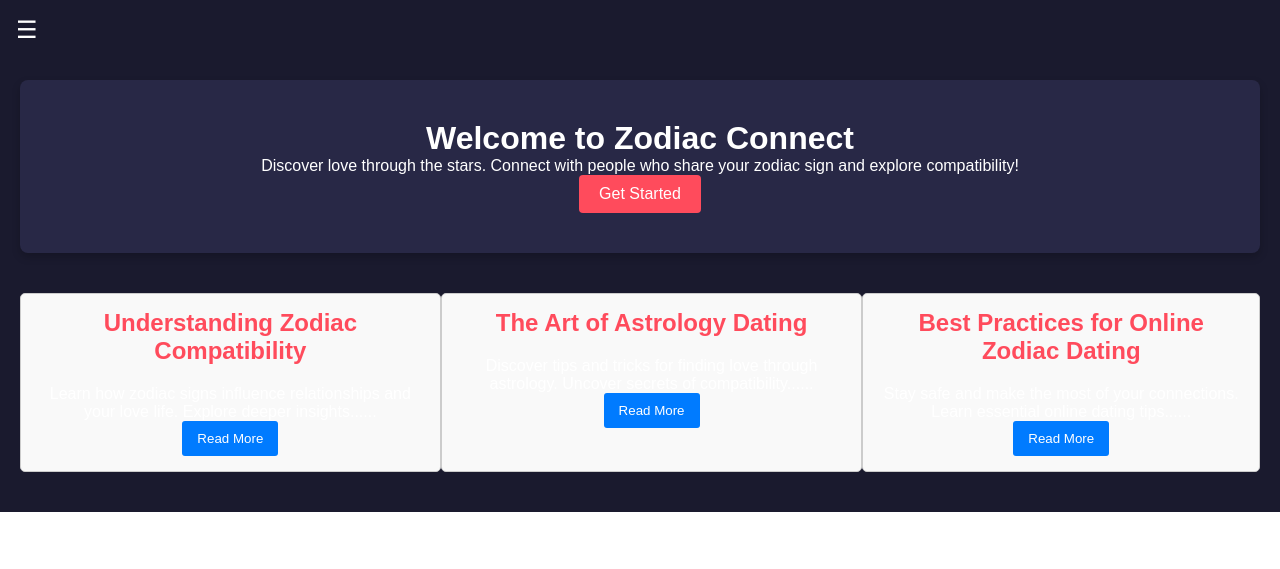
Repository: prachi-d-2/zodiac
Page: / (app in client/)
The author's editor kept a copy of each file at every save. The page is drawn from the files as they stood at one save, then again after the next save.
The browser window is 1280 px wide. The pictures show the whole page.
The project was rebuilt for these pictures with package versions that can differ from the ones it lists, and the page was loaded fresh each time. Also part of the build but not shown: client/src/services/authService.js, client/src/components/LoginRegister.css, client/src/components/LoginRegister.js, client/src/components/Forum.js, client/src/components/Profile.css, client/src/components/Profile.js, client/src/components/Horoscope.js, client/src/components/Connect.css and 2 more.

Above is the page before, as saved 2024-11-28 04:12:57.

After the next save:
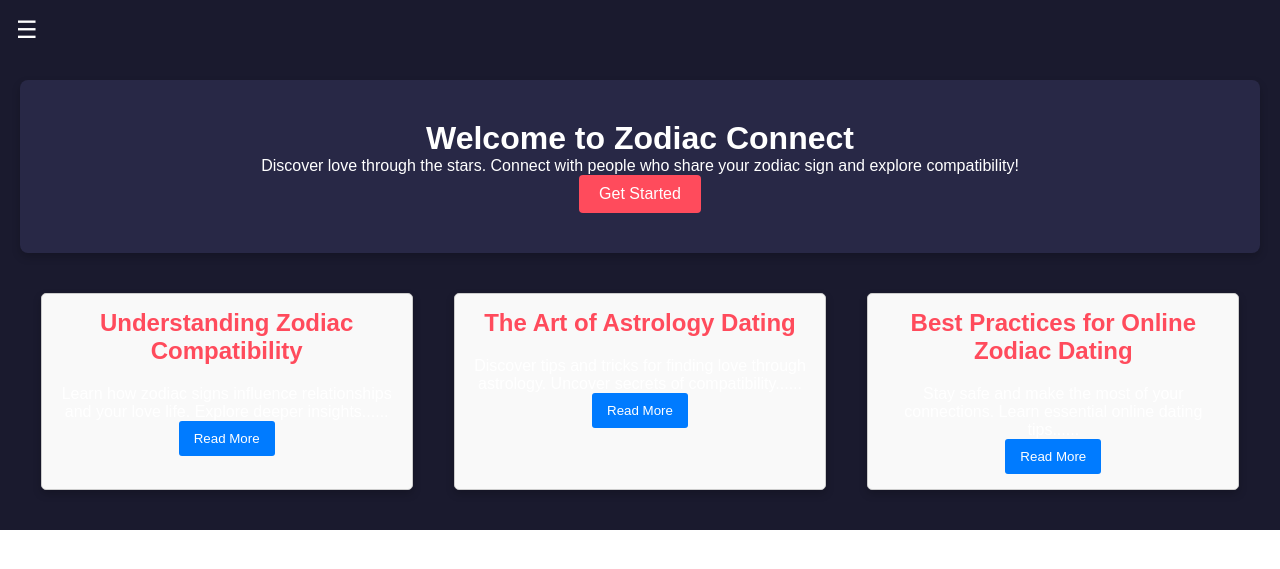
Saved 8 s later.
--- a/client/src/components/Home.css
+++ b/client/src/components/Home.css
@@ -34,6 +34,17 @@
     margin-top: 20px;
   }
 
+  .content-card {
+    background-color: #2f2f46;
+    padding: 20px;
+    border-radius: 8px;
+    width: 30%;
+    box-shadow: 0px 4px 8px rgba(0, 0, 0, 0.2);
+  }
+
+  .content-card h2 {
+    color: #ff4b5c;
+  }
 
 .content-card {
   margin: 20px 0;
